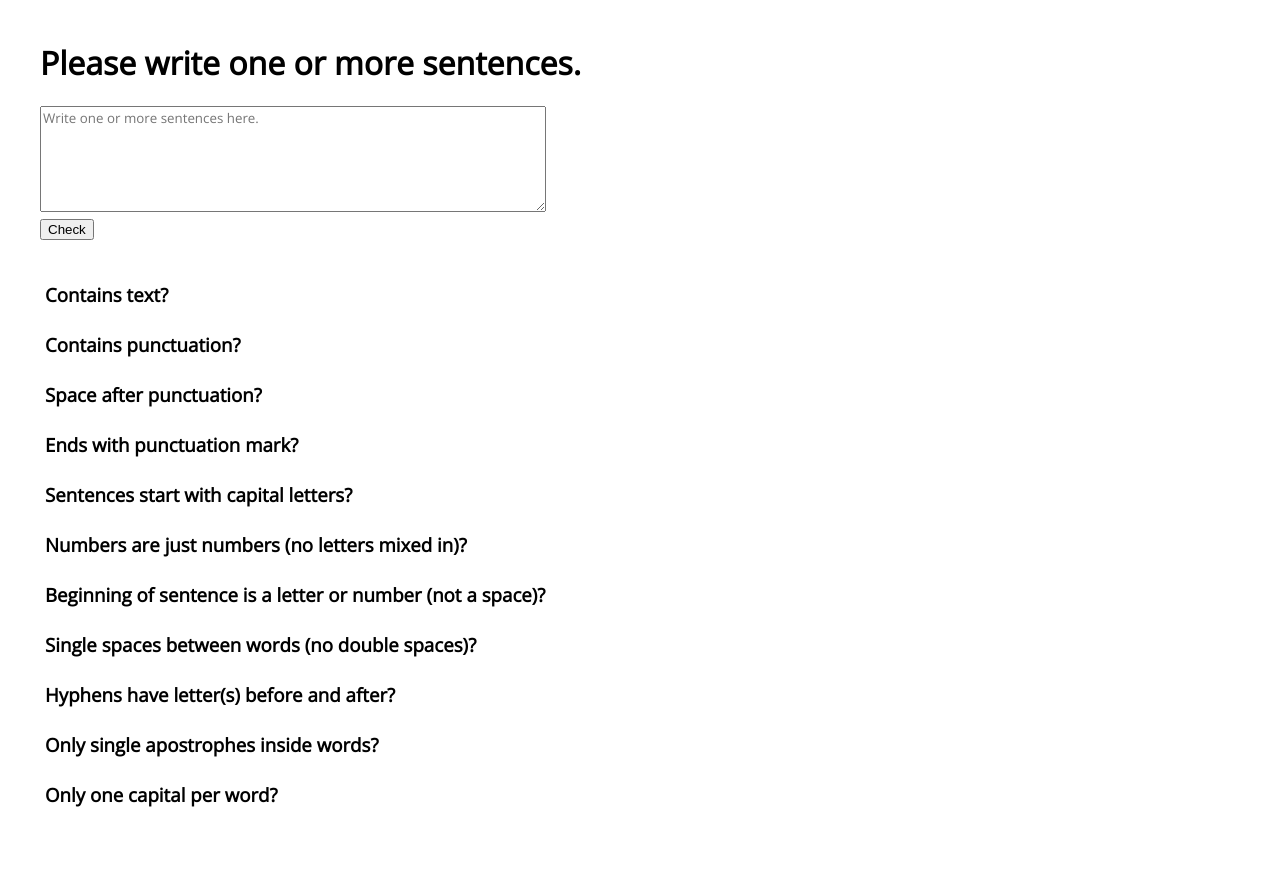
Repository: eliotcowley/SentenceChecker
Page: sentence_checker_fa/workspace/index.html
The author's editor kept a record of every edit. The page is drawn from the files as they stood at one moment, then again after the next edit.
The browser window is 1280 px wide. The pictures show the whole page.
Some web libraries are served in a nearby version.

Above is the page before.

After the next edit:
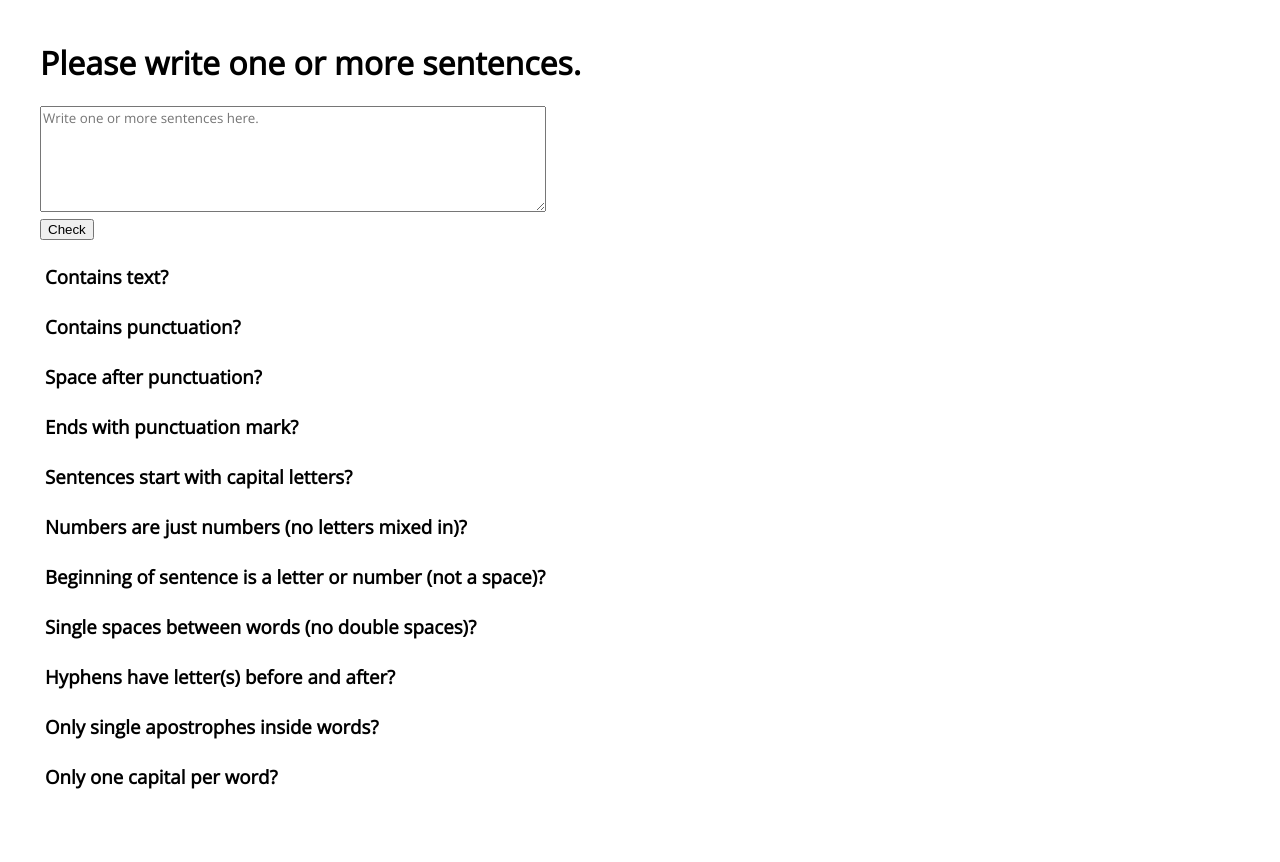
The edit:
--- a/sentence_checker_fa/workspace/style.css
+++ b/sentence_checker_fa/workspace/style.css
@@ -21,7 +21,7 @@
 }
 
 .result1, .result2, .result3, .result4, .result5, .result6, .result7, .result8,
-.result9, .result10 {
+.result9, .result10, .result11 {
     float: left;
     padding: 5px;
 }
